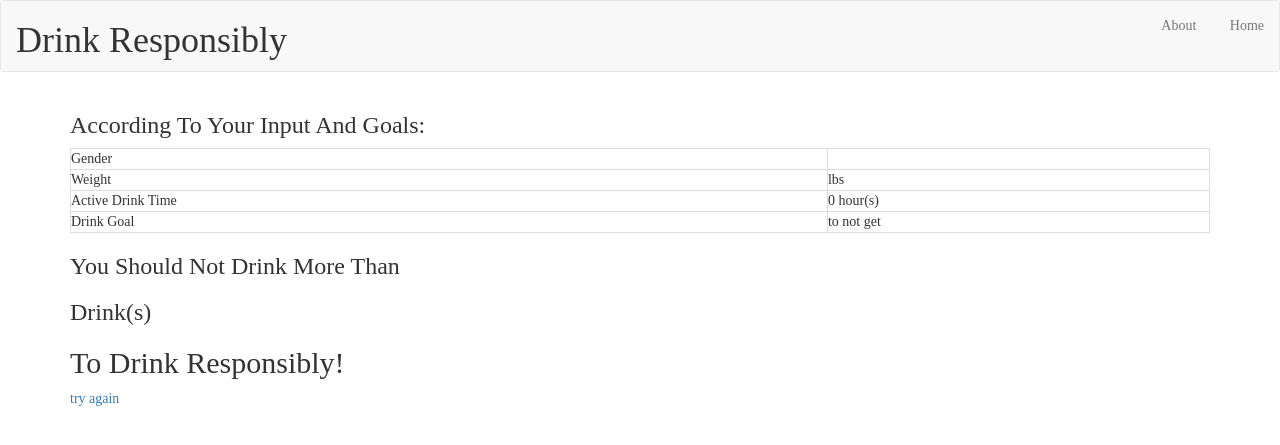
Repository: NatNat180/DrinkResponsibly
Page: http://localhost/DrinkResponsibly/calculate-drink-amount
These files come from the project's save history. The page is drawn as it stood at one moment and after the next save; the edit follows.
The browser window is 1280 px wide. The pictures show the whole page.
Some web fonts or font styles are not loaded; a fallback is used. The page is served by Tomcat 9. Other server files are loaded and not shown.

Above is the page before, as saved 2016-04-07 16:24:20.

### DrinkResponsibly/WebContent/WEB-INF/results.jsp
<%@ page language="java" contentType="text/html; charset=UTF-8"
    pageEncoding="ISO-8859-1"%>
<%@ taglib prefix="c" uri="http://java.sun.com/jsp/jstl/core" %>
<!DOCTYPE html>
<html lang="eng">
<head>
<meta http-equiv="Content-Type" content="text/html; charset=UTF-8">
<link rel="stylesheet" type="text/css" href="bootstrap/css/bootstrap.css"/>
<link rel="stylesheet" type="text/css" href="css/style.css"/>
<title>Drink Responsibly - Your Results</title>
</head>
<body>
<c:import url="/WEB-INF/navigation.html"/>
<section class="container">

<h3>According To Your Input And Goals:</h3>
<table class="table-bordered" style="width: 100%;">
<tr>
	<td>Gender</td>
	<td><c:out value="${gender}"></c:out></td>
</tr>
<tr>
	<td>Weight</td>
	<td><c:out value="${weight} lbs"></c:out></td>
</tr>
<tr>
	<td>Active Drink Time</td>
	<td><c:out value="${drink-time} hour(s)"></c:out></td>
</tr>
<tr>
	<td>Drink Goal</td>
	<td>to not get <c:out value="${goal}"></c:out></td>
</tr>
</table>

<h3>You Should Not Drink More Than</h3>
<c:out value="${drinks}"></c:out>
<h3>Drink(s)</h3>
<h2>To Drink Responsibly!</h2>
<a href="form">try again</a>
</section>
</body>
</html>

### DrinkResponsibly/WebContent/WEB-INF/navigation.html
<nav class="navbar navbar-default" role="navigation">
	<div class="container-fluid">
		<div class="navbar-header">
		  <h1  class="nav-title">Drink Responsibly</h1>
		</div>
		<ul class="nav navbar-nav navbar-right">
			<li id="right"><a href="">&nbsp;About</a>
			<li id="right"><a href="form">&nbsp;Home</a>
		</ul>
	</div>
	</nav>
	<!--<nav class="nav-tabs" role="navigation">
	<h1  class="nav-title">Drink Responsibly</h1>
		<ul class="nav navbar-nav navbar-right">
			<li id="right"><a href="">&nbsp;About</a>
			<li id="right"><a href="form">&nbsp;Home</a>
		</ul>
	</nav>-->

### DrinkResponsibly/src/com/application/CalculateDrinkAmount.java
package com.application;

import java.io.IOException;
//import java.io.PrintWriter;

import javax.servlet.ServletException;
import javax.servlet.annotation.WebServlet;
import javax.servlet.http.HttpServlet;
import javax.servlet.http.HttpServletRequest;
import javax.servlet.http.HttpServletResponse;

@WebServlet("/calculate-drink-amount")
public class CalculateDrinkAmount extends HttpServlet {
	private static final long serialVersionUID = 1L;

	//make class variables
	double initialBAC;
	double expendableBAC = 0.015;
	double finalBAC;
	int drinks;

    public CalculateDrinkAmount() {
        super();

    }

	protected void doGet(HttpServletRequest request, HttpServletResponse response) throws ServletException, IOException {

		request.getServletContext().getRequestDispatcher("/WEB-INF/results.jsp").forward(request, response);
	}

	protected void doPost(HttpServletRequest request, HttpServletResponse response) throws ServletException, IOException {

		//response.setContentType("text/html");
		//PrintWriter out = response.getWriter();

		//Retrieve values from form
		String gender = request.getParameter("gender");
		String weight = request.getParameter("weight");
		String drinkTime = request.getParameter("drink-time");
		String goal = request.getParameter("goal");
		String unit = request.getParameter("unit");

		//Parse int the weight and drinkTime so that they are no longer strings and can be manipulated
		int weightNum = Integer.parseInt(weight);
		int drinkTimeNum = Integer.parseInt(drinkTime);

		//convert from kg to lbs if kg was used
		if(unit.equals("kg")){
			weightNum *= 2.2046;
		}

		//Enable them to be printed out in a JSP
		request.setAttribute("gender", gender);
		request.setAttribute("weight", weightNum);
		request.setAttribute("drink-time", drinkTime);
		request.setAttribute("goal", goal);

		//Set initial drink amount
		//If the person plans on drinking for at least an hour or more, set the initial drink amount to the total hours they plan on drinking
		//Otherwise, set the initial drink amount to zero
		if(drinkTimeNum >= 1){
			drinks = drinkTimeNum;
		} else {
			drinks = 0;
		}

		//Calculate initial BAC levels based on gender and weight
		if(gender.equals("male")){

			if(weightNum <= 100){

				initialBAC = 0.0435;

			} else if(weightNum > 100 && weightNum < 125){

				double base = 0.0435;
				double rate = 0.00036 * 5;

				switch(weightNum){
				case 101:
				case 102:
				case 103:
				case 104:
					initialBAC = base;
					break;
				case 105:
				case 106:
				case 107:
				case 108:
				case 109:
					initialBAC = base - rate;
					break;
				case 110:
				case 111:
				case 112:
				case 113:
				case 114:
					initialBAC = base - (rate * 2);
					break;
				case 115:
				case 116:
				case 117:
				case 118:
				case 119:
					initialBAC = base - (rate * 3);
					break;
				case 120:
				case 121:
				case 122:
				case 123:
				case 124:
					initialBAC = base - (rate * 4);
					break;
				}

			} else if(weightNum >= 125 && weightNum < 150){

				double base = 0.0345;
				double rate = 0.0002 * 5;

				switch(weightNum){
				case 125:
				case 126:
				case 127:
				case 128:
				case 129:
					initialBAC = base;
					break;
				case 130:
				case 131:
				case 132:
				case 133:
				case 134:
					initialBAC = base - rate;
					break;
				case 135:
				case 136:
				case 137:
				case 138:
				case 139:
					initialBAC = base - (rate * 2);
					break;
				case 140:
				case 141:
				case 142:
				case 143:
				case 144:
					initialBAC = base - (rate * 3);
					break;
				case 145:
				case 146:
				case 147:
				case 148:
				case 149:
					initialBAC = base - (rate * 4);
					break;
				}

			} else if(weightNum >= 150 && weightNum < 175){

				double base = 0.0295;
				double rate = 0.00016 * 5;

				switch(weightNum){
				case 150:
				case 151:
				case 152:
				case 153:
				case 154:
					initialBAC = base;
					break;
				case 155:
				case 156:
				case 157:
				case 158:
				case 159:
					initialBAC = base - rate;
					break;
				case 160:
				case 161:
				case 162:
				case 163:
				case 164:
					initialBAC = base - (rate * 2);
					break;
				case 165:
				case 166:
				case 167:
				case 168:
				case 169:
					initialBAC = base - (rate * 3);
					break;
				case 170:
				case 171:
				case 172:
				case 173:
				case 174:
					initialBAC = base - (rate * 4);
					break;
				}

			} else if(weightNum >= 175 && weightNum < 200){

				double base = 0.0255;
				double rate = 0.00012 * 5;

				switch(weightNum){
				case 175:
				case 176:
				case 177:
				case 178:
				case 179:
					initialBAC = base;
					break;
				case 180:
				case 181:
				case 182:
				case 183:
				case 184:
					initialBAC = base - rate;
					break;
				case 185:
				case 186:
				case 187:
				case 188:
				case 189:
					initialBAC = base - (rate * 2);
					break;
				case 190:
				case 191:
				case 192:
				case 193:
				case 194:
					initialBAC = base - (rate * 3);
					break;
				case 195:
				case 196:
				case 197:
				case 198:
				case 199:
					initialBAC = base - (rate * 4);
					break;
				}

			} else if(weightNum >= 200 && weightNum < 225){

				double base = 0.0225;
				double rate = 0.00012 * 5;

				switch(weightNum){
				case 200:
				case 201:
				case 202:
				case 203:
				case 204:
					initialBAC = base;
					break;
				case 205:
				case 206:
				case 207:
				case 208:
				case 209:
					initialBAC = base - rate;
					break;
				case 210:
				case 211:
				case 212:
				case 213:
				case 214:
					initialBAC = base - (rate * 2);
					break;
				case 215:
				case 216:
				case 217:
				case 218:
				case 219:
					initialBAC = base - (rate * 3);
					break;
				case 220:
				case 221:
				case 222:
				case 223:
				case 224:
					initialBAC = base - (rate * 4);
					break;
				}

			} else if(weightNum >= 225 && weightNum < 250){

				double base = 0.0195;
				double rate = 0.00008 * 5;

				switch(weightNum){
				case 225:
				case 226:
				case 227:
				case 228:
				case 229:
					initialBAC = base;
					break;
				case 230:
				case 231:
				case 232:
				case 233:
				case 234:
					initialBAC = base - rate;
					break;
				case 235:
				case 236:
				case 237:
				case 238:
				case 239:
					initialBAC = base - (rate * 2);
					break;
				case 240:
				case 241:
				case 242:
				case 243:
				case 244:
					initialBAC = base - (rate * 3);
					break;
				case 245:
				case 246:
				case 247:
				case 248:
				case 249:
					initialBAC = base - (rate * 4);
					break;
				}

			} else if(weightNum >= 250 && weightNum < 275){

				double base = 0.0175;
				double rate = 0.00008 * 5;

				switch(weightNum){
				case 250:
				case 251:
				case 252:
				case 253:
				case 254:
					initialBAC = base;
					break;
				case 255:
				case 256:
				case 257:
				case 258:
				case 259:
					initialBAC = base - rate;
					break;
				case 260:
				case 261:
				case 262:
				case 263:
				case 264:
					initialBAC = base - (rate * 2);
					break;
				case 265:
				case 266:
				case 267:
				case 268:
				case 269:
					initialBAC = base - (rate * 3);
					break;
				case 270:
				case 271:
				case 272:
				case 273:
				case 274:
					initialBAC = base - (rate * 4);
					break;
				}

			} else {

				double base = 0.0175;
				double rate = 0.00008 * 5;

				initialBAC = base - (rate * 5);
			}

		} else { //for females

			if(weightNum <= 100){

				initialBAC = 0.0505;

			} else if(weightNum > 100 && weightNum < 125){

				double base = 0.0505;
				double rate = 0.0004 * 5;

				switch(weightNum){
				case 101:
				case 102:
				case 103:
				case 104:
					initialBAC = base;
					break;
				case 105:
				case 106:
				case 107:
				case 108:
				case 109:
					initialBAC = base - rate;
					break;
				case 110:
				case 111:
				case 112:
				case 113:
				case 114:
					initialBAC = base - (rate * 2);
					break;
				case 115:
				case 116:
				case 117:
				case 118:
				case 119:
					initialBAC = base - (rate * 3);
					break;
				case 120:
				case 121:
				case 122:
				case 123:
				case 124:
					initialBAC = base - (rate * 4);
					break;
				}

			} else if(weightNum >= 125 && weightNum < 150){

				double base = 0.0405;
				double rate = 0.00024 * 5;

				switch(weightNum){
				case 125:
				case 126:
				case 127:
				case 128:
				case 129:
					initialBAC = base;
					break;
				case 130:
				case 131:
				case 132:
				case 133:
				case 134:
					initialBAC = base - rate;
					break;
				case 135:
				case 136:
				case 137:
				case 138:
				case 139:
					initialBAC = base - (rate * 2);
					break;
				case 140:
				case 141:
				case 142:
				case 143:
				case 144:
					initialBAC = base - (rate * 3);
					break;
				case 145:
				case 146:
				case 147:
				case 148:
				case 149:
					initialBAC = base - (rate * 4);
					break;
				}

			} else if(weightNum >= 150 && weightNum < 175){

				double base = 0.0345;
				double rate = 0.0002 * 5;

				switch(weightNum){
				case 150:
				case 151:
				case 152:
				case 153:
				case 154:
					initialBAC = base;
					break;
				case 155:
				case 156:
				case 157:
				case 158:
				case 159:
					initialBAC = base - rate;
					break;
				case 160:
				case 161:
				case 162:
				case 163:
				case 164:
					initialBAC = base - (rate * 2);
					break;
				case 165:
				case 166:
				case 167:
				case 168:
				case 169:
					initialBAC = base - (rate * 3);
					break;
				case 170:
				case 171:
				case 172:
				case 173:
				case 174:
					initialBAC = base - (rate * 4);
					break;
				}

			} else if(weightNum >= 175 && weightNum < 200){

				double base = 0.0295;
				double rate = 0.00012 * 5;

				switch(weightNum){
				case 175:
				case 176:
				case 177:
				case 178:
				case 179:
					initialBAC = base;
					break;
				case 180:
				case 181:
				case 182:
				case 183:
				case 184:
					initialBAC = base - rate;
					break;
				case 185:
				case 186:
				case 187:
				case 188:
				case 189:
					initialBAC = base - (rate * 2);
					break;
				case 190:
				case 191:
				case 192:
				case 193:
				case 194:
					initialBAC = base - (rate * 3);
					break;
				case 195:
				case 196:
				case 197:
				case 198:
				case 199:
					initialBAC = base - (rate * 4);
					break;
				}

			} else if(weightNum >= 200 && weightNum < 225){

				double base = 0.0265;
				double rate = 0.00016 * 5;

				switch(weightNum){
				case 200:
				case 201:
				case 202:
				case 203:
				case 204:
					initialBAC = base;
					break;
				case 205:
				case 206:
				case 207:
				case 208:
				case 209:
					initialBAC = base - rate;
					break;
				case 210:
				case 211:
				case 212:
				case 213:
				case 214:
					initialBAC = base - (rate * 2);
					break;
				case 215:
				case 216:
				case 217:
				case 218:
				case 219:
					initialBAC = base - (rate * 3);
					break;
				case 220:
				case 221:
				case 222:
				case 223:
				case 224:
					initialBAC = base - (rate * 4);
					break;
				}

			} else if(weightNum >= 225 && weightNum < 250){

				double base = 0.0225;
				double rate = 0.00008 * 5;

				switch(weightNum){
				case 225:
				case 226:
				case 227:
				case 228:
				case 229:
					initialBAC = base;
					break;
				case 230:
				case 231:
				case 232:
				case 233:
				case 234:
					initialBAC = base - rate;
					break;
				case 235:
				case 236:
				case 237:
				case 238:
				case 239:
					initialBAC = base - (rate * 2);
					break;
				case 240:
				case 241:
				case 242:
				case 243:
				case 244:
					initialBAC = base - (rate * 3);
					break;
				case 245:
				case 246:
				case 247:
				case 248:
				case 249:
					initialBAC = base - (rate * 4);
					break;
				}

			} else if(weightNum >= 250 && weightNum < 275){

				double base = 0.0205;
				double rate = 0.00008 * 5;

				switch(weightNum){
				case 250:
				case 251:
				case 252:
				case 253:
				case 254:
					initialBAC = base;
					break;
				case 255:
				case 256:
				case 257:
				case 258:
				case 259:
					initialBAC = base - rate;
					break;
				case 260:
				case 261:
				case 262:
				case 263:
				case 264:
					initialBAC = base - (rate * 2);
					break;
				case 265:
				case 266:
				case 267:
				case 268:
				case 269:
					initialBAC = base - (rate * 3);
					break;
				case 270:
				case 271:
				case 272:
				case 273:
				case 274:
					initialBAC = base - (rate * 4);
					break;
				}

			} else {

				double base = 0.0205;
				double rate = 0.00008 * 5;

				initialBAC = base - (rate * 5);
			}

		}

		//determine finalBAC
		//if the drink time is less than an hour, their initialBAC (after one drink) is also their final BAC
		//if they plan to drink for more than an hour, their initialBAC wears off with each hour
		if(drinkTimeNum < 1){
			finalBAC = initialBAC;
		} else {
			finalBAC = ((initialBAC - expendableBAC) * drinkTimeNum) + initialBAC;
		}

		//calculate alloted drink amount based on BAC level
		// create a new variable which will start the same as the final blood alcohol level
		// this new variable keeps changing, but we need the initial finalBAC variable to
		// remain the same so it can keep adding to the new variable
		double BAC = finalBAC;

		// Set message if goal is to not get drunk
		if(goal.equals("drunk")){
			//Allow for drinks so long as it does not surpass limit.
			if(finalBAC > 0.05){
				drinks -= 1;
			} else {
				while(BAC < 0.04){
					BAC += initialBAC;
					drinks += 1;
				}
				// don't risk getting past the drunk limit - but if it's been an hour, your BAC lowers
			}

			if(drinks < 0){
				drinks = 0;
			}
		}

		// Set message if goal is to not get sick
		else if(goal.equals("sick")){
			//Allow for drinks so long as it does not surpass limit.
			if(finalBAC > 0.16){
				drinks -= 1;
			} else {
				while(BAC < 0.16){
					BAC += initialBAC;
					drinks += 1;
				}
			}

			if(drinks < 0){

				drinks = 0;
			}
		}

		//Make drinks into a String
		String drinkAmount = Integer.toString(drinks);
		//create a session attribute for drinks
		request.setAttribute("drinks", drinkAmount);

		String initial = Double.toString(initialBAC);
		request.setAttribute("initial", initial);

		String end = Double.toString(finalBAC);
		request.setAttribute("final", end);

		request.setAttribute("yes", BAC);

		doGet(request, response);
	}

}

### DrinkResponsibly/WebContent/css/style.css
@import url(https://fonts.googleapis.com/css?family=Fjalla+One|Poiret+One|Bitter|Arvo|Amatic+SC:400,700);

/*
font-family: 'Fjalla One', sans-serif;
font-family: 'Poiret One', cursive;
font-family: 'Bitter', serif;
font-family: 'Arvo', serif;
font-family: 'Amatic SC', cursive;
*/

h1 {font-family: 'Poiret One', cursive;}
body {font-family: 'Arvo', serif;}
.center-text {text-align:center;}

a:hover{
	text-decoration: none;
}

form p {
	margin-top: 5px;
	margin-bottom: 5px;
}

Loaded but not shown: DrinkResponsibly/WebContent/bootstrap/css/bootstrap.css (library)

After the next save:
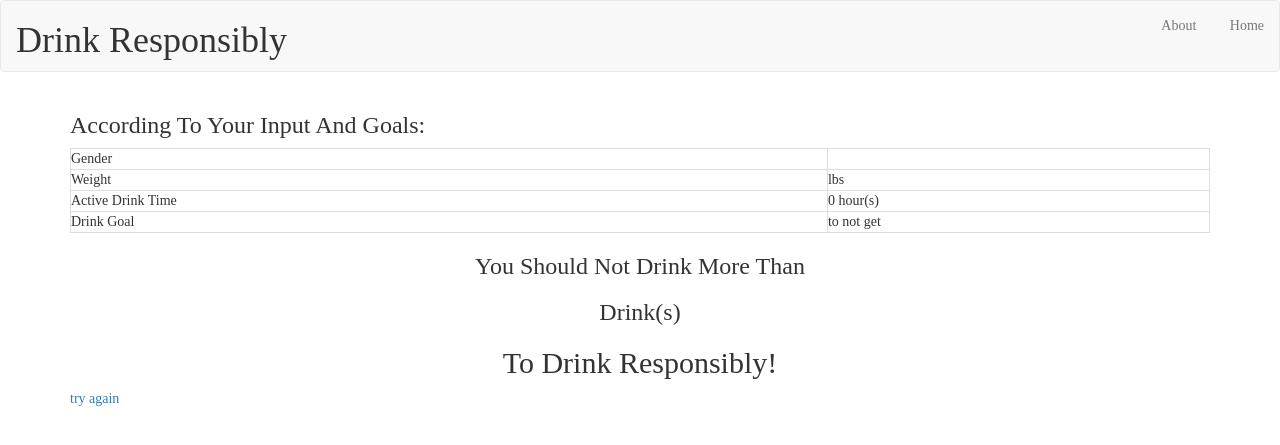
Saved 27 s later.
--- a/DrinkResponsibly/WebContent/WEB-INF/results.jsp
+++ b/DrinkResponsibly/WebContent/WEB-INF/results.jsp
@@ -33,10 +33,13 @@
 </tr>
 </table>
 
+<div class="center-text">
 <h3>You Should Not Drink More Than</h3>
 <c:out value="${drinks}"></c:out>
 <h3>Drink(s)</h3>
 <h2>To Drink Responsibly!</h2>
+</div>
+
 <a href="form">try again</a>
 </section>
 </body>
